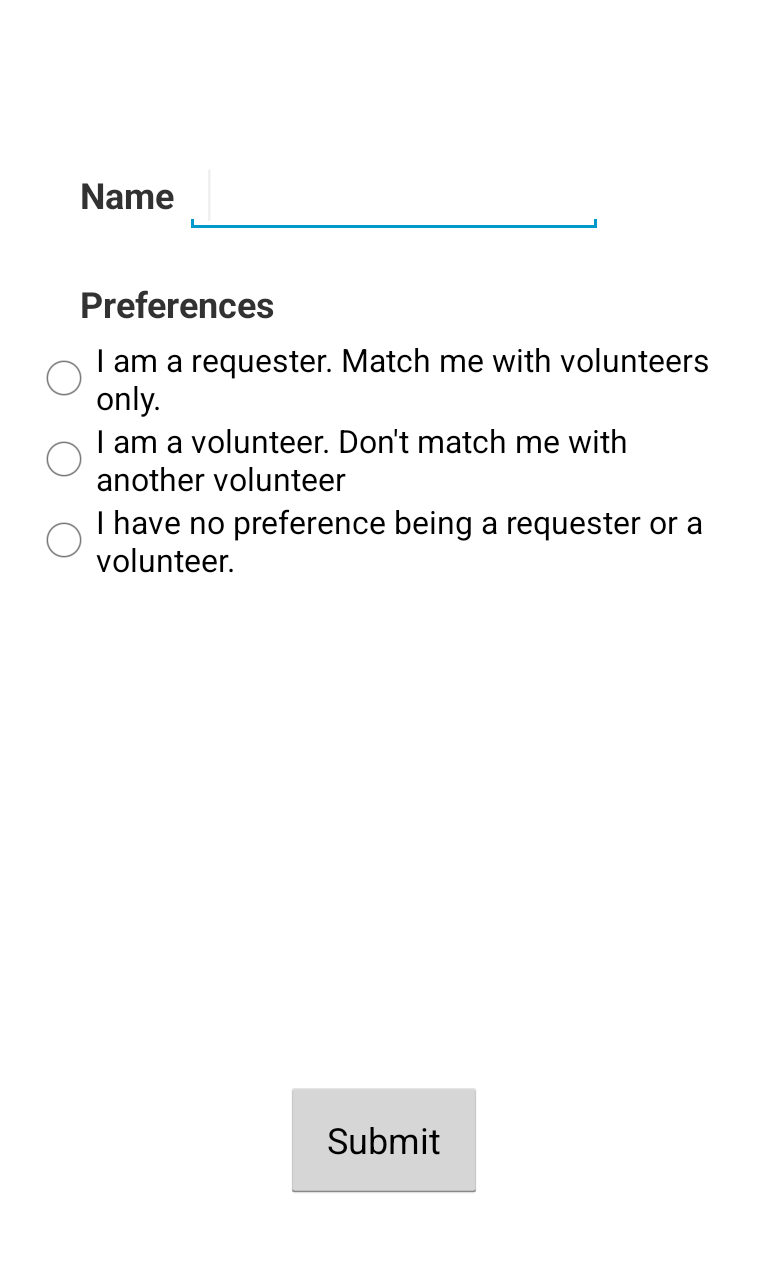
Repository: rwillmot/CS180-SafeWalk-Phase2
Layout: SafeWalkAndroidClient/res/layout/client_fragment_layout.xml
These files come from the project's save history. The layout is drawn as it stood at one moment and after the next save; the edit follows.
It is drawn on a 768 x 1280 px phone screen (xhdpi) without system bars, with theme AppTheme; the app's code is not run.

Above is the layout before, as saved 2014-12-02 21:55:32.

### SafeWalkAndroidClient/res/layout/client_fragment_layout.xml
<RelativeLayout xmlns:android="http://schemas.android.com/apk/res/android"
    xmlns:tools="http://schemas.android.com/tools"
    android:layout_width="match_parent"
    android:layout_height="match_parent"
    android:paddingBottom="@dimen/activity_vertical_margin"
    android:paddingLeft="@dimen/activity_horizontal_margin"
    android:paddingRight="@dimen/activity_horizontal_margin"
    android:paddingTop="@dimen/activity_vertical_margin"
    tools:context="edu.purdue.rwillmo.MainActivity" >

    <!-- TODO your layout here -->

    <Button
        android:id="@+id/bu_submit"
        android:layout_width="wrap_content"
        android:layout_height="wrap_content"
        android:layout_alignParentBottom="true"
        android:layout_centerHorizontal="true"
        android:layout_marginBottom="24dp"
        android:enabled="true"
        android:gravity="center"
        android:minHeight="60dp"
        android:minWidth="100dp"
        android:onClick="onSubmit"
        android:padding="@dimen/padding"
        android:text="@string/submit" />

    <EditText
        android:id="@+id/tv_name"
        android:layout_width="wrap_content"
        android:layout_height="wrap_content"
        android:layout_alignBaseline="@+id/et_name"
        android:layout_alignBottom="@+id/et_name"
        android:layout_toRightOf="@+id/et_name"
        android:ems="10"
        android:inputType="text"
        android:text=""
        android:textSize="18sp" >

        <requestFocus />
    </EditText>

    <TextView
        android:id="@+id/et_name"
        android:layout_width="wrap_content"
        android:layout_height="wrap_content"
        android:layout_alignParentLeft="true"
        android:layout_alignParentTop="true"
        android:layout_marginLeft="19dp"
        android:layout_marginTop="64dp"
        android:padding="@dimen/padding"
        android:text="Name"
        android:textSize="18sp"
        android:textStyle="bold" />

    <RadioGroup

        android:id="@+id/radioGroup1"
        android:layout_width="fill_parent"
        android:layout_height="wrap_content"
        android:orientation="vertical"
        android:layout_below="@+id/et_preferences">



    <RadioButton
        android:id="@+id/radio_requester"
        android:layout_width="wrap_content"
        android:layout_height="wrap_content"
        android:layout_above="@+id/radio_volunteer"
        android:layout_alignLeft="@+id/radio_volunteer"
        android:onClick="onRadioButtonClicked"
        android:text="I am a requester. Match me with volunteers only." />
    <RadioButton
        android:id="@+id/radio_volunteer"
        android:layout_width="wrap_content"
        android:layout_height="wrap_content"
        android:layout_alignRight="@+id/tv_name"
        android:layout_centerVertical="true"
        android:layout_below="@+id/radio_requester"
        android:onClick="onRadioButtonClicked"
        android:text="I am a volunteer. Don&apos;t match me with another volunteer" />
    <RadioButton
        android:id="@+id/radio_neutral"
        android:layout_width="wrap_content"
        android:layout_height="wrap_content"
        android:layout_below="@+id/radio_volunteer"
        android:layout_alignLeft="@+id/radio_requester"
        android:onClick="onRadioButtonClicked"
        android:text="I have no preference being a requester or a volunteer." />
</RadioGroup>

      <TextView
        android:id="@+id/et_preferences"
        android:layout_width="wrap_content"
        android:layout_height="wrap_content"
        android:layout_below="@+id/et_name"
        android:layout_marginLeft="19dp"
        android:layout_marginTop="20dp"
        android:padding="@dimen/padding"
        android:text="Preferences"
        android:textSize="18sp"
        android:textStyle="bold" />
</RelativeLayout>

### SafeWalkAndroidClient/res/values/styles.xml
<resources xmlns:android="http://schemas.android.com/apk/res/android">

    <!--
        Base application theme, dependent on API level. This theme is replaced
        by AppBaseTheme from res/values-vXX/styles.xml on newer devices.
    -->
    <style name="AppBaseTheme" parent="android:Theme.Light">
        <!--
            Theme customizations available in newer API levels can go in
            res/values-vXX/styles.xml, while customizations related to
            backward-compatibility can go here.
        -->
    </style>

    <!-- Application theme. -->
    <style name="AppTheme" parent="AppBaseTheme">

        <!-- All customizations that are NOT specific to a particular API-level can go here. -->
    </style>

    <style name="TitleBarText">
        <item name="android:layout_width">0dp</item>
        <item name="android:layout_height">fill_parent</item>
        <item name="android:layout_weight">1</item>
        <item name="android:gravity">center_vertical</item>
        <item name="android:textSize"> 17sp </item>
        <item name="android:paddingLeft">12dip</item>
        <item name="android:paddingRight">12dip</item>
        <item name="android:textColor">@color/white</item>
        <item name="android:singleLine">true</item>
        <item name="android:ellipsize">end</item>
    </style>

    <style name="ActionBarButton">
        <item name="android:layout_width">wrap_content</item>
        <item name="android:layout_height">wrap_content</item>
        <item name="android:background">@color/menu_button</item>
        <item name="android:textColor">@color/white</item>
        <item name="android:ellipsize">end</item>
        <item name="android:singleLine">true</item>
        <item name="android:textSize">@dimen/text_size_small</item>
    </style>

    <style name="MyActionBar" parent="@android:style/Widget.Holo.Light.ActionBar">
        <item name="android:background">@color/action_bar</item>
    </style>

</resources>

### SafeWalkAndroidClient/res/values/dimens.xml
<resources>

    <!-- Default screen margins, per the Android Design guidelines. -->
    <dimen name="activity_horizontal_margin">16dp</dimen>
    <dimen name="activity_vertical_margin">16dp</dimen>
    <dimen name="padding">5dp</dimen>
    <dimen name="title_size">28sp</dimen>
    <dimen name="text_size_medium">24sp</dimen>
    <dimen name="text_size_small">20sp</dimen>
    <dimen name="margin_bigline">20dp</dimen>
    <dimen name="min_button_width">100dp</dimen>
    <dimen name="margin_top">50dp</dimen>
    <dimen name="margin_left">60dp</dimen>
    <dimen name="margin_right">60dp</dimen>

    <dimen name="margin_line">30dp</dimen>

</resources>

### SafeWalkAndroidClient/res/values/colors.xml
<resources>

    <!-- Default screen margins, per the Android Design guidelines. -->
    <color name="white">#FFFFFFFF</color>
    <color name="light_grey">#FFD8D9DF</color>
    <color name="dark_grey">#FF595C6E</color>
    <color name="salmon">#FFFFA239</color>
    <color name="submit">#FFAD5700</color>
    <color name="action_bar">#991B1969</color>
    <color name="menu_button">#FF545385</color>
</resources>

### SafeWalkAndroidClient/res/values/strings.xml
<?xml version="1.0" encoding="utf-8"?>
<resources>
    <string name="app_name">SafeWalk</string>
    <string name="server">Server</string>
    <string name="client">Client</string>
    <string name="submit">Submit</string>
    <string name="match">Match</string>
    <string name="start_over">Start Over</string>
    <string name="default_host">10.0.2.2</string>
    <string name="default_port">8888</string>
    <string name="default_command">:FAKE_COMMAND</string>
    <string name="host">Host</string>
    <string name="port">Port</string>
</resources>

Loaded but not shown: SafeWalkAndroidClient/res/values-v11/styles.xml (common file); SafeWalkAndroidClient/res/values-v14/styles.xml (common file); SafeWalkAndroidClient/res/values-w820dp/dimens.xml (common file)

After the next save:
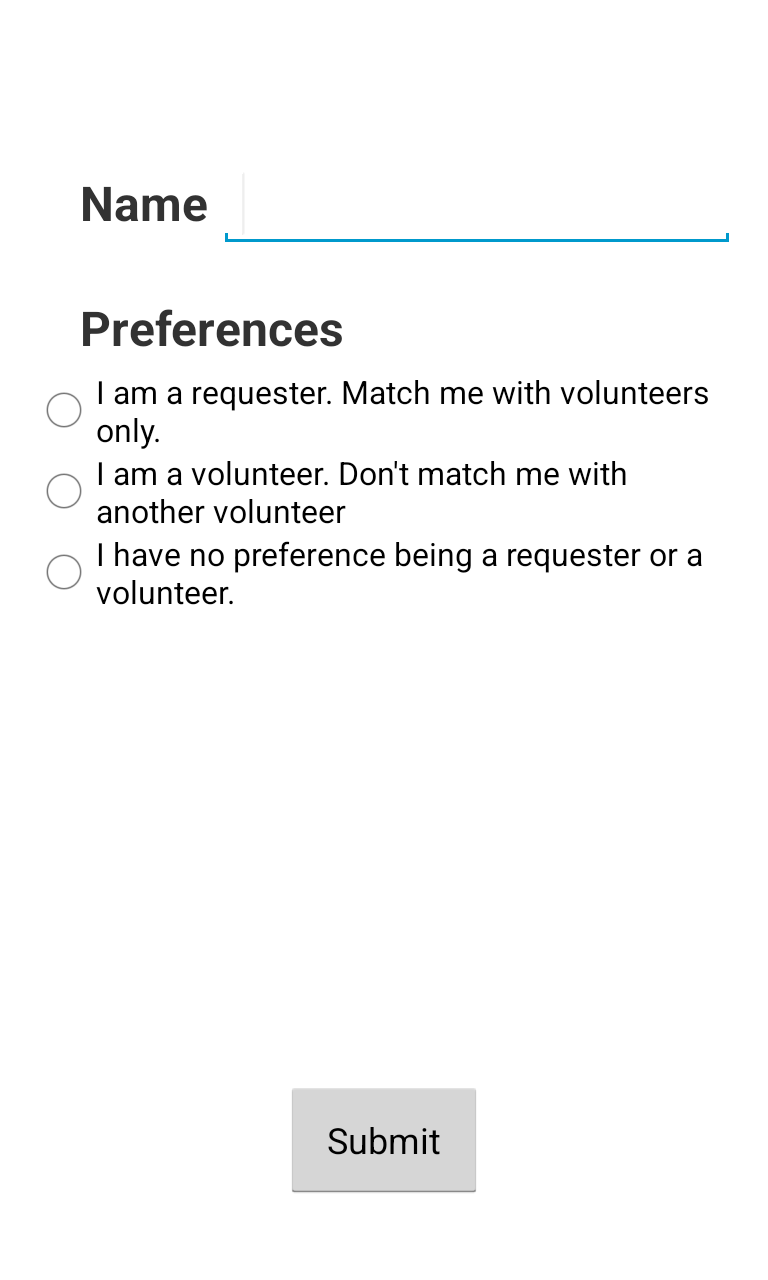
Saved 2 min 46 s later.
--- a/SafeWalkAndroidClient/res/layout/client_fragment_layout.xml
+++ b/SafeWalkAndroidClient/res/layout/client_fragment_layout.xml
@@ -35,7 +35,7 @@
         android:ems="10"
         android:inputType="text"
         android:text=""
-        android:textSize="18sp" >
+        android:textSize="22sp" >
 
         <requestFocus />
     </EditText>
@@ -50,7 +50,7 @@
         android:layout_marginTop="64dp"
         android:padding="@dimen/padding"
         android:text="Name"
-        android:textSize="18sp"
+        android:textSize="24sp"
         android:textStyle="bold" />
 
     <RadioGroup
@@ -59,7 +59,8 @@
         android:layout_width="fill_parent"
         android:layout_height="wrap_content"
         android:orientation="vertical"
-        android:layout_below="@+id/et_preferences">
+        android:layout_below="@+id/et_preferences"
+        android:textSize="22sp">
 
 
 
@@ -99,6 +100,6 @@
         android:layout_marginTop="20dp"
         android:padding="@dimen/padding"
         android:text="Preferences"
-        android:textSize="18sp"
+        android:textSize="24sp"
         android:textStyle="bold" />
 </RelativeLayout>
